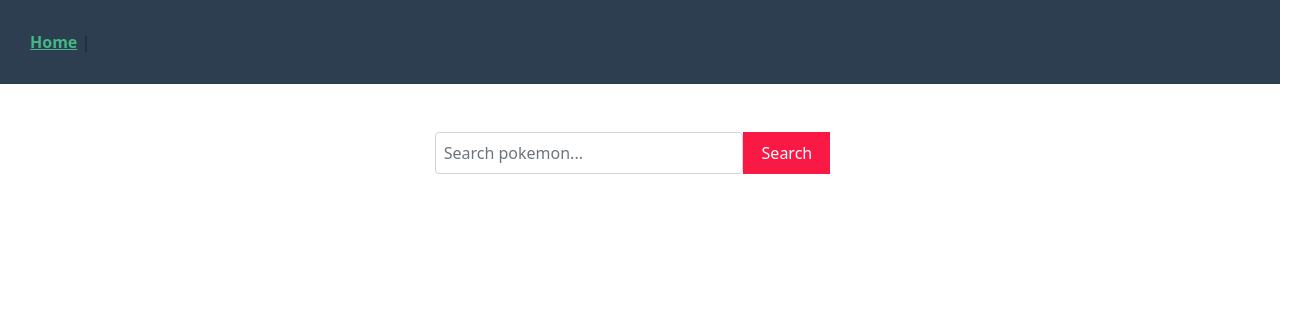
Repository: arif286/PokeDex-website
Page: /
The author's editor kept a copy of each file at every save. The page is drawn from the files as they stood at one save, then again after the next save.
The browser window is 1280 px wide. The page is 1292 px wide, so the pictures cover 1292 px, including what lies to the right of the window. The pictures show the whole page.
The page's requests for data from a server got no answer. The project was rebuilt for these pictures with package versions that can differ from the ones it lists, and the page was loaded fresh each time. No one was signed in, and anything a server would have sent is missing. Also part of the build but not shown: src/views/About.vue.

Above is the page before, as saved 2021-06-04 03:07:12.

### src/main.js
import "bootstrap";
import "bootstrap/dist/css/bootstrap.min.css";
import { createApp } from 'vue';
import App from './App.vue';
import router from './router';


createApp(App).use(router).mount('#app')

### src/App.vue
<template>
  <div id="nav">
    <router-link to="/">Home</router-link> |
    <!-- <router-link to="/pokemon">About</router-link> -->
  </div>
  <router-view />
</template>

<style>
#nav {
  padding: 30px;
  background-color: #2c3e50;
}

#nav a {
  font-weight: bold;
  color: #2c3e50;
}

#nav a.router-link-exact-active {
  color: #42b983;
}
</style>

### src/router/index.js
import { createRouter, createWebHistory } from 'vue-router';
import About from '../views/About.vue';
import Home from '../views/Home.vue';

const routes = [
  {
    path: '/',
    name: 'Home',
    component: Home
  },
  {
    path: '/pokemon/:id',
    name: 'pokemon',
    component: About,
  }
]

const router = createRouter({
  history: createWebHistory(),
  routes,
});

export default router

### src/views/Home.vue
<template>
  <div class="row mb-5 mt-5 justify-content-center">
    <div class="d-flex col-md-5 col-lg-4">
      <input
        v-model="search"
        class="form-control searchBar"
        type="text"
        placeholder="Search pokemon..."
      />
      <input @click="update" class="search-btn" type="submit" value="Search" />
    </div>
  </div>
  <div class="container">
    <div class="row">
      <div
        class="col-md-4 pb-4"
        v-for="(pokemon, index) in pokemons"
        :key="index"
      >
        <div class="card">
          <img
            class="w-100"
            :src="
              `http://pokeres.bastionbot.org/images/pokemon/${index + 1}.png`
            "
            alt=""
          />
          <h3 class="text-center">{{ pokemon.name }}</h3>
          <button @click="handleView(pokemon.name)" class="btn btn-danger">
            View details
          </button>
        </div>
      </div>
    </div>
  </div>
</template>

<script>
import axios from "axios";

export default {
  name: "Home",
  data() {
    return {
      pokemons: null,
      search: "",
      searchData: {},
    };
  },
  methods: {
    update() {
      if (this.search) {
        console.log(this.search);
        axios
          .get(`https://pokeapi.co/api/v2/pokemon/${this.search}`)
          .then((res) => console.log(res.data));
      }
    },
    handleView(name) {
      console.log(name);
      this.$router.push({ name: "pokemon", params: { id: name } });
    },
  },
  created() {
    axios.get(`https://pokeapi.co/api/v2/pokemon/?limit=30`).then((res) => {
      this.pokemons = res.data.results;
      // console.log(this.pokemons);
    });
  },
};
</script>
<style scoped>
.home input {
  margin-top: 50px;
  padding: 10px;
  margin-bottom: 50px;
}
.home {
  text-align: center;
}
.searchBar {
  position: relative;
  width: 88%;
  padding: 8px;
}
.search-btn {
  outline: none;
  background-color: #f91944;
  display: inline-block;
  width: 100px;
  padding: 7px;
  color: #fff;
  border: none;
  font-weight: 300;
  margin-right: 15px;
}
</style>

Loaded but not shown: public/index.html (common file)

After the next save:
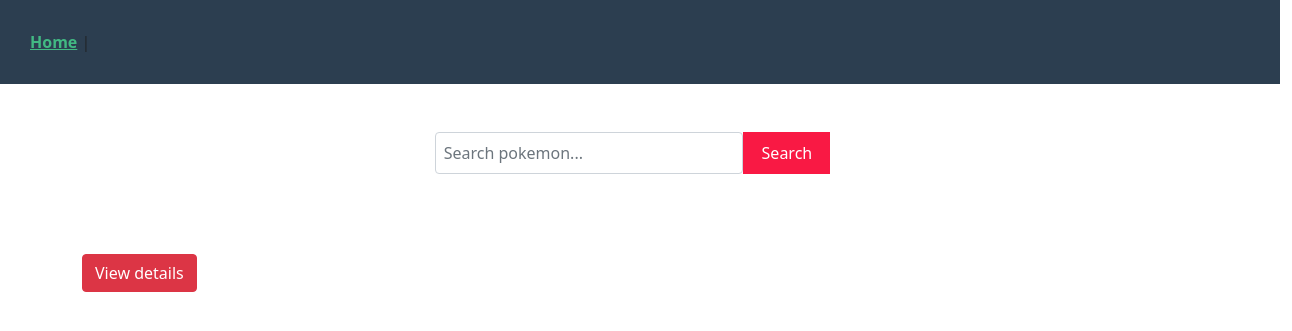
Saved 11 min 8 s later.
--- a/src/views/Home.vue
+++ b/src/views/Home.vue
@@ -33,6 +33,17 @@
       </div>
     </div>
   </div>
+  <div :key="searchData.id" class="container">
+    <div class="row">
+      <div class="col-md-5 col-lg-4">
+        <img :src="image" alt="" />
+        <h3>{{ searchData.name }}</h3>
+        <button @click="handleView(searchData.name)" class="btn btn-danger">
+          View details
+        </button>
+      </div>
+    </div>
+  </div>
 </template>
 
 <script>
@@ -45,6 +56,7 @@
       pokemons: null,
       search: "",
       searchData: {},
+      image: "",
     };
   },
   methods: {
@@ -53,7 +65,10 @@
         console.log(this.search);
         axios
           .get(`https://pokeapi.co/api/v2/pokemon/${this.search}`)
-          .then((res) => console.log(res.data));
+          .then((res) => {
+            this.searchData = res.data;
+            this.image = res.data.sprites.other.dream_world;
+          });
       }
     },
     handleView(name) {

After the 4 saves that followed:
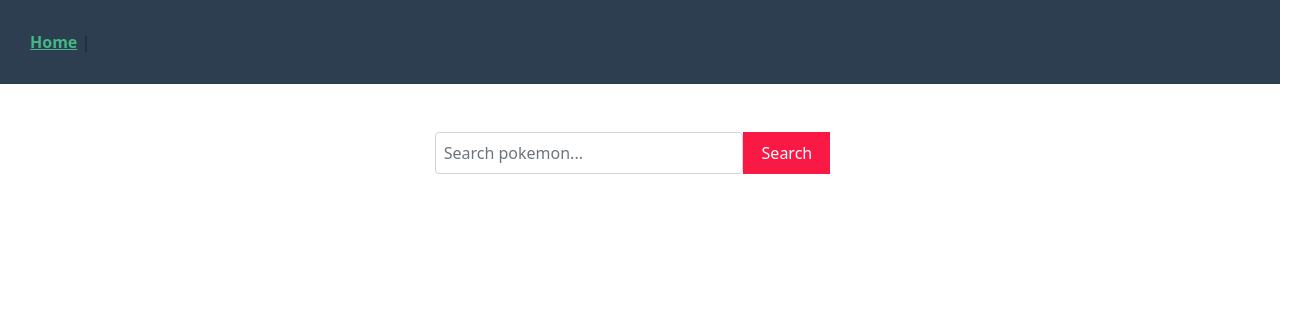
The 4 saves are shown as one change because 3 left the picture as it was.
The last was saved 3 min 19 s later.
--- a/src/views/Home.vue
+++ b/src/views/Home.vue
@@ -10,7 +10,7 @@
       <input @click="update" class="search-btn" type="submit" value="Search" />
     </div>
   </div>
-  <div class="container">
+  <div v-if="load" class="container">
     <div class="row">
       <div
         class="col-md-4 pb-4"
@@ -33,7 +33,7 @@
       </div>
     </div>
   </div>
-  <div :key="searchData.id" class="container">
+  <div v-if="!load" :key="searchData.id" class="container">
     <div class="row">
       <div class="col-md-5 col-lg-4">
         <img :src="image" alt="" />
@@ -57,6 +57,7 @@
       search: "",
       searchData: {},
       image: "",
+      load: true,
     };
   },
   methods: {
